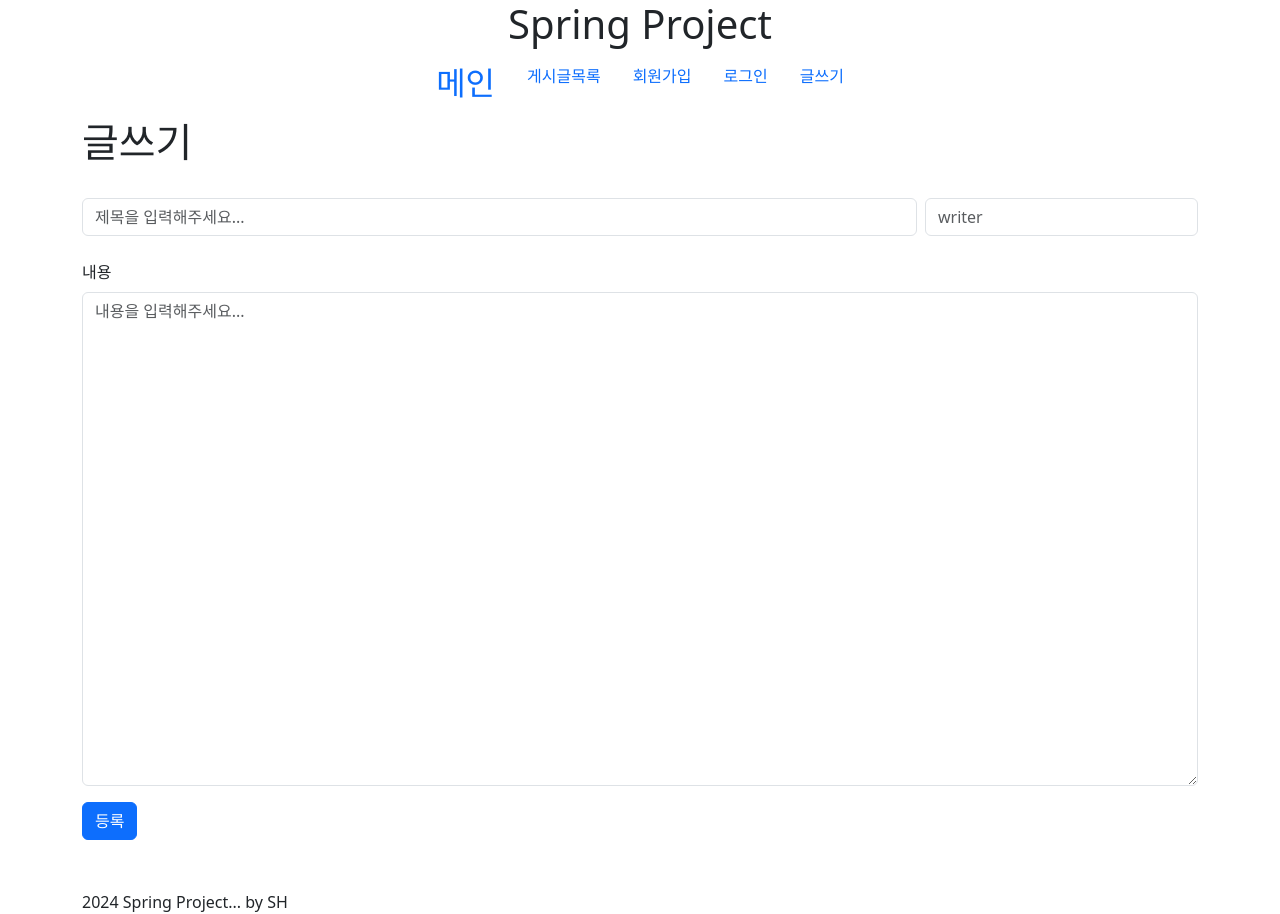
Repository: dtkd19/spring_personal_project
Page: http://localhost/myproject/WEB-INF/views/board/register.jsp
The author's editor kept a copy of each file at every save. The page is drawn from the files as they stood at one save, then again after the next save.
The browser window is 1280 px wide. The pictures show the whole page.
The page is served by Tomcat 9. Nobody is signed in. The template is opened directly, without the code that normally fills it, so the values that code supplies are empty.

Above is the page before, as saved 2024-11-07 02:06:30.

After the next save:
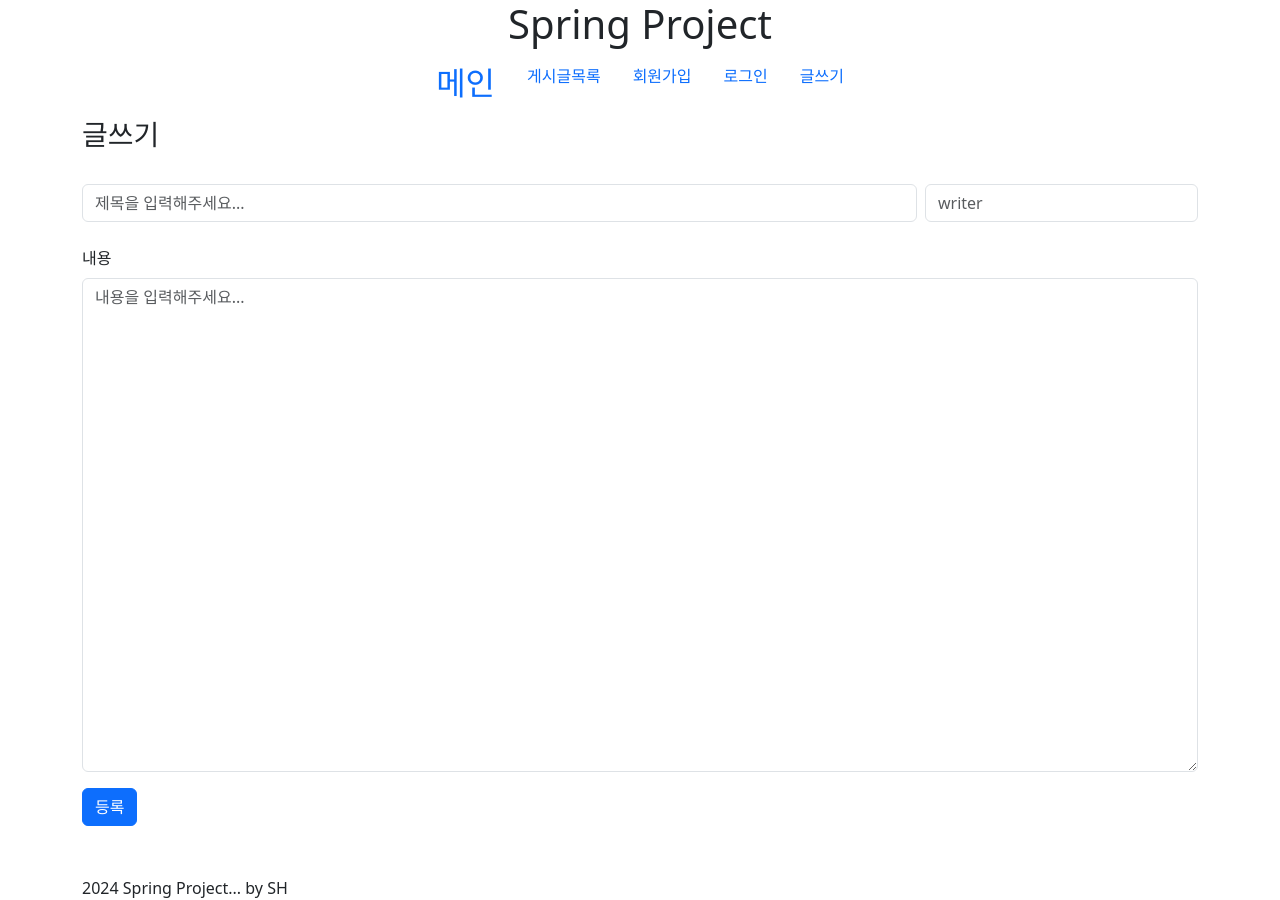
Saved 95 s later.
--- a/myproject/src/main/webapp/WEB-INF/views/board/register.jsp
+++ b/myproject/src/main/webapp/WEB-INF/views/board/register.jsp
@@ -5,7 +5,7 @@
 <jsp:include page="../layout/header.jsp" />
 
 <div class="container-md">
-	<h1>글쓰기</h1>
+	<h3>글쓰기</h3>
 	<br>
 	<form action="/board/register" method="post">
 		<div class="row g-2">
